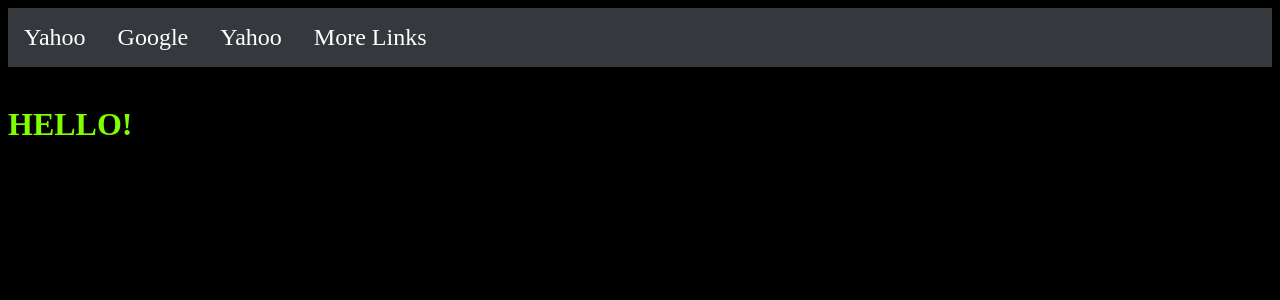
Repository: MasonSingleterry/MasonSingleterry.github.io
Page: navbar.html
The author's editor kept a record of every edit. The page is drawn from the files as they stood at one moment, then again after the next edit.
The browser window is 1280 px wide. The pictures show the whole page.

Above is the page before.

### navbar.html
<!DOCTYPE html>
<html>
    <head>
        <title>This is a Web Page!</title>
        <style>
        .body{
        background-color:black;
        color: #7FFF00;
       }
        .navbar{
        background-color: #35383d;
        overflow: hidden;
      }

      .navbar a {
        color: #FFF;
        font-size: 24px;
        text-decoration: none;
        padding:16px;
        float:left;
      }

      .morelinks{
        color: #FFF;
        font-size: 24px;
        text-decoration: none;
        padding:16px;
      }

      .navbar a:hover, .morelinks:hover{
        background-color: #7FFF00;
      }

      .dropdown:hover .dropdown-content{
        display: block;
      }

      .dropdown-content{
        position: absolute;
        z-index: 1;
        display:none;
        background-color: #35383d;

      }

      .dropdown{
          color: #7FFF00;
          float: left;
          text-decoration: none;
          font-size: 24px;
      }

      .dropdown-content a{
          float: none;
          display: block;
      }

        </style>
    </head>
    <body class=body>
    <div class="navbar">
      <a href="https://www.yahoo.com">Yahoo</a>
      <a href="https://www.google.com">Google</a>
      <a href="https://www.yahoo.com">Yahoo</a>
      <div class="dropdown">
        <div class="morelinks">More Links</div>
        <div class="dropdown-content">
          <a href="https://www.awseducate.com">AWS Educate</a>
          <a href="https://www.collegeboard.org">College Board</a>
        </div>
      </div>
    </div>
    <br>
        <h1> HELLO! </h1>
  </body>
</html>

After the next edit:
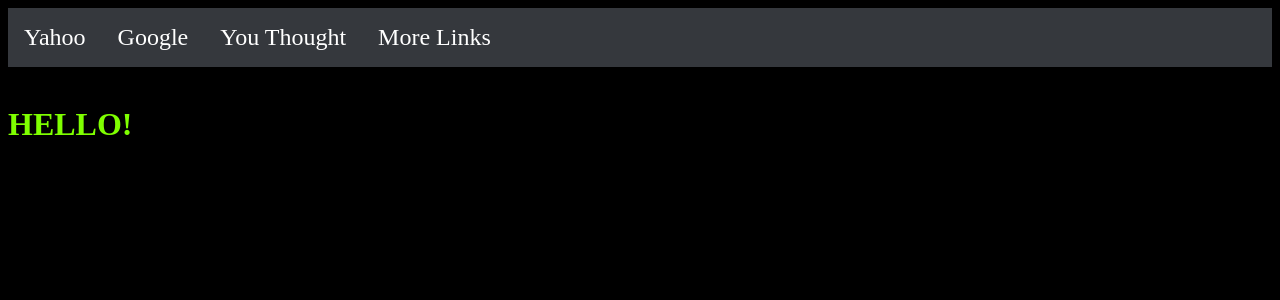
The edit:
--- a/navbar.html
+++ b/navbar.html
@@ -61,7 +61,7 @@
     <div class="navbar">
       <a href="https://www.yahoo.com">Yahoo</a>
       <a href="https://www.google.com">Google</a>
-      <a href="https://www.yahoo.com">Yahoo</a>
+      <a href="https://www.yahoo.com">You Thought</a>
       <div class="dropdown">
         <div class="morelinks">More Links</div>
         <div class="dropdown-content">
